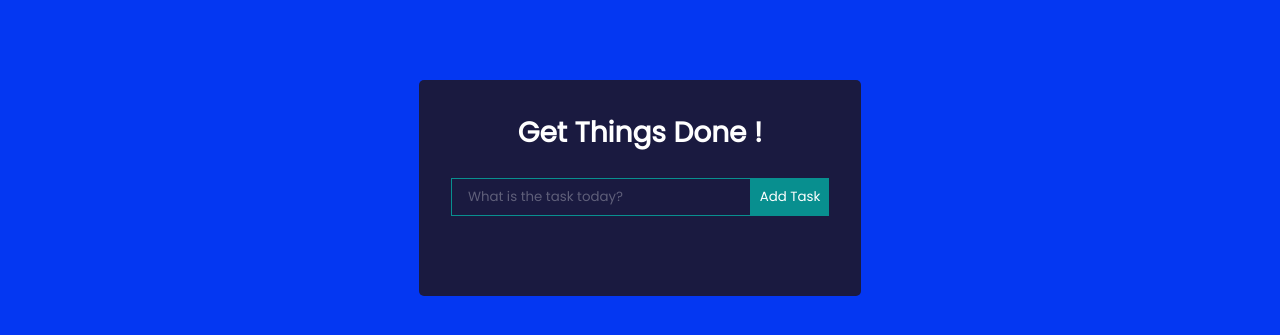
Repository: mfarhannr/Tugas-Reactjs_Farhan
Page: / (app in todolist-app-react-js/)
These files come from the project's save history. The page is drawn as it stood at one moment and after the next save; the edit follows.
The browser window is 1280 px wide. The pictures show the whole page.
The project was rebuilt for these pictures with package versions that can differ from the ones it lists, and the page was loaded fresh each time. Also part of the build but not shown: todolist-app-react-js/src/components/Todo.js, todolist-app-react-js/src/components/EditTodoForm.js.

Above is the page before, as saved 2024-05-10 14:14:35.

After the next save:
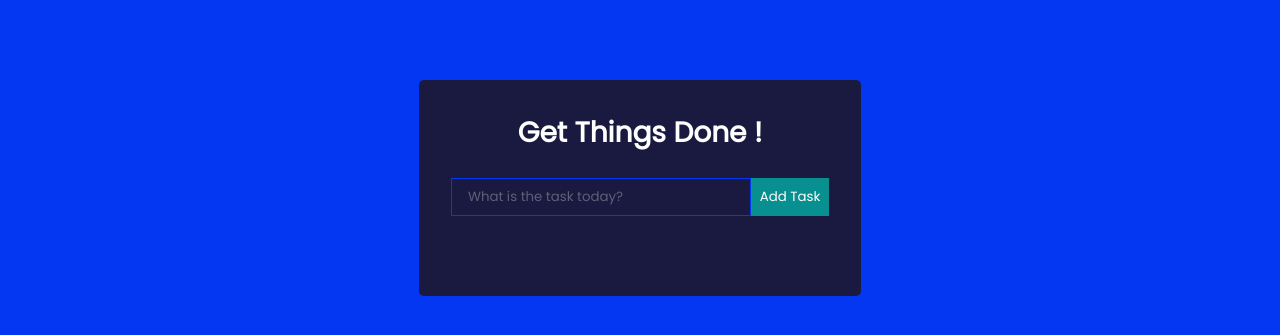
Saved 6 s later.
--- a/todolist-app-react-js/src/App.css
+++ b/todolist-app-react-js/src/App.css
@@ -39,7 +39,7 @@ h1 {
 .todo-input {
   outline: none;
   background: none;
-  border: 1px solid #088F8F;
+  border: 1px solid #0437F2;
   padding: 0.5rem 1rem;
   margin-top: 1rem;
   margin-bottom: 2rem;
